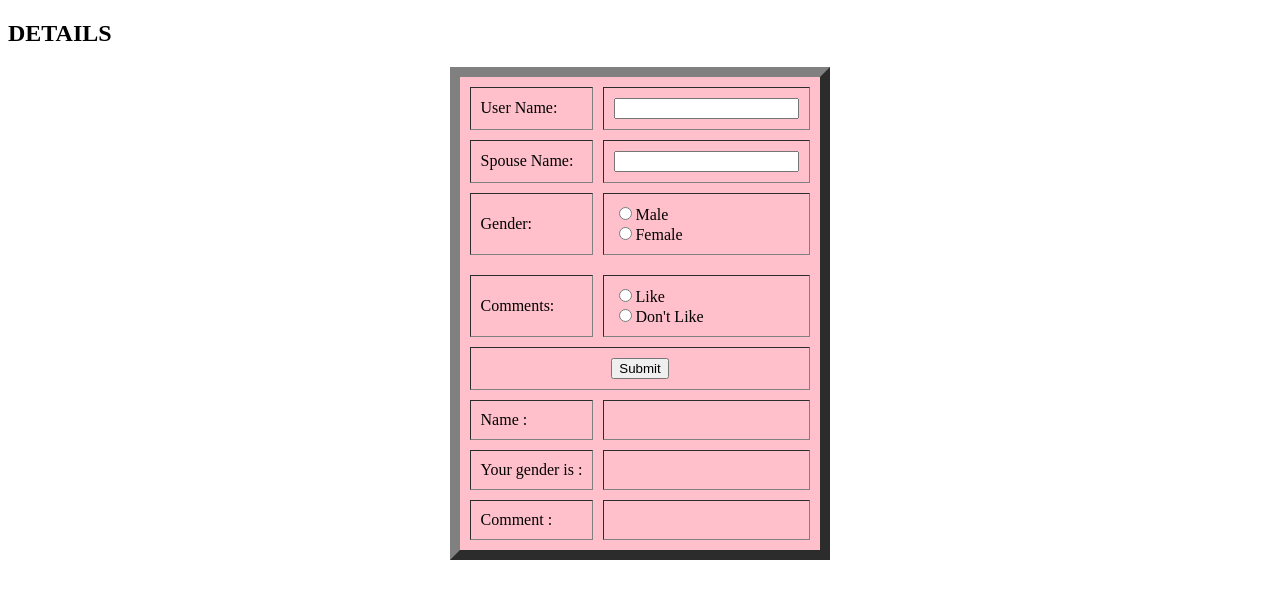
Repository: abhishek110597/Deloitte
Page: Workspace/JavaTraining/JSCode_sir.html
An editor plug-in stored every save of this project. The page is shown before and after the next save, followed by the edit.
The browser window is 1280 px wide. The pictures show the whole page.

Above is the page before, as saved 2019-12-31 03:36:11.

### Workspace/JavaTraining/JSCode_sir.html
<!DOCTYPE html>
<html>

<head>
    <meta charset="ISO-8859-1">
    <title>FORM</title>
    <script>
        function validate(){
            with(document.forms[0]){
                document.getElementById('setName').innerHTML = userName.value;
                document.getElementById('setGender').innerHTML = gender.value;
                document.getElementById('setComment').innerHTML = "People "+like.value+"You!";
            }
            return false
        }
    </script>
</head>

<body>
    <form onsubmit="return validate()">
        <h2>DETAILS</h2>
        <table bgcolor="#FFC0CB" cellspacing="10" cellpadding="10" border="10" align="center">

            <tr>
                <td>User Name:</td>
                <td><input type="text" name="userName" id="userName" /></td>
            </tr>
            <tr>
                <td>Spouse Name:</td>
                <td><input type="text" name="spouseName" id="spouseName" /></td>
            </tr>
                <tr>
                <td>Gender:</td>
                <td>
                    <div><input type="radio" name="gender" value="Male" id="male" />Male</div>
                    <div><input type="radio" name="gender" value="Female" id="female" />Female</div>
                </td>
            <tr>

            <tr>
                <td>Comments:</td>
                <td>
                    <div><input type="radio" name="like" value="like" id="like"/>Like</div>
                    <div><input type="radio" name="like" value="dont_like" id="dlike"/>Don't Like</div>
                </td>
            </tr>
            <tr>
                <td colspan="2" align="center"><input type="submit" value="Submit" id="submit" /></td>
            </tr>
            <tr>
                <td>Name :</td><td id=setName>

                </td>
            </tr>
            <tr>
                <td>Your gender is :</td><td id=setGender>

                </td>
            </tr>
            <tr>
                <td>Comment :</td><td id=setComment>

                </td>
            </tr>


        </table>
    </form>
</body>

</html>

After the next save:
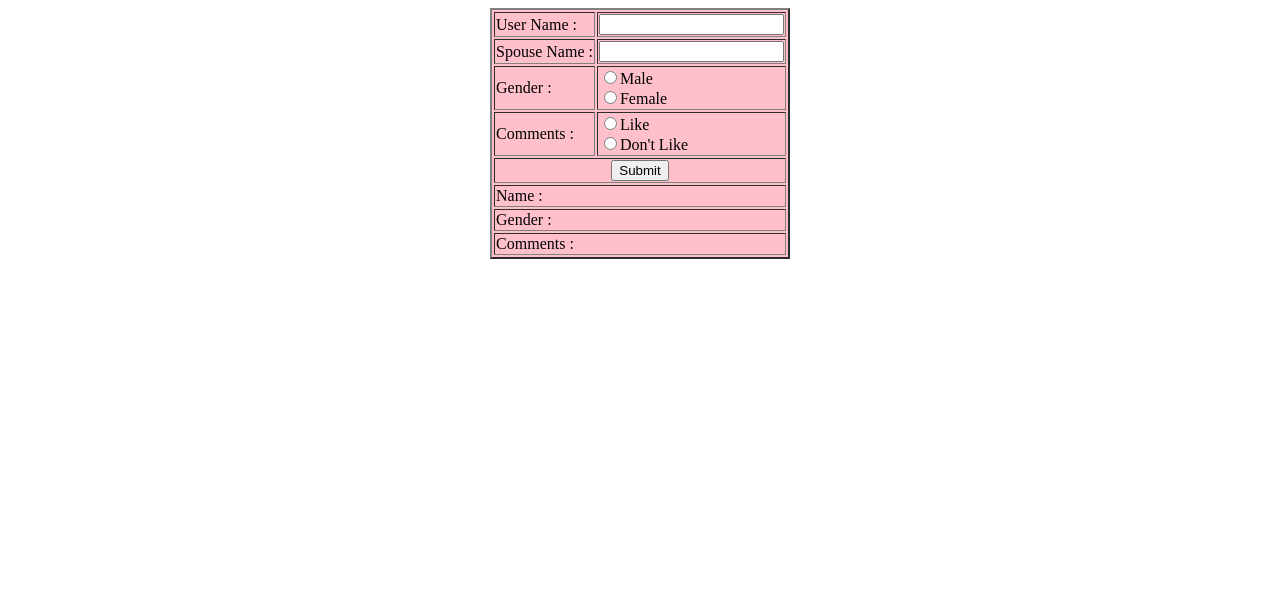
Saved 4 min 23 s later.
--- a/Workspace/JavaTraining/JSCode_sir.html
+++ b/Workspace/JavaTraining/JSCode_sir.html
@@ -1,71 +1,71 @@
-<!DOCTYPE html>
 <html>
+<head>
+<script type="text/javascript">
+function checkUser()
+{
+	var d1  = document.getElementById("div1");
+	var d2  = document.getElementById("div2");
+	var d3  = document.getElementById("div3");
+	//alert("working");
+	with(document.forms[0])
+	{
+		if(userName.value == "")
+		{
+			d1.innerText = "Name should not be empty";
+		}
+		else
+		{
+			d1.innerText = "Name :"+userName.value;
+		}
 
-<head>
-    <meta charset="ISO-8859-1">
-    <title>FORM</title>
-    <script>
-        function validate(){
-            with(document.forms[0]){
-                document.getElementById('setName').innerHTML = userName.value;
-                document.getElementById('setGender').innerHTML = gender.value;
-                document.getElementById('setComment').innerHTML = "People "+like.value+"You!";
-            }
-            return false
-        }
-    </script>
+		if(gender[0].checked || gender[1].checked )
+		{
+			var gen = gender[0].checked?gender[0].value : gender[1].value;
+			d2.innerText = "Your Gender is :"+gen.value;
+		}
+		else
+		{
+			div2.innerText = "Please select the gender";
+		}
+		if(comment[0].checked || comment[1].checked)
+		{
+			var com = comment[0].checked?comment[0].value : comment[1].value;
+			d3.innerText = "Your Comment is :"+com.value;
+		}
+		else
+		{
+			d3.innerText = "Please select the comment";
+		}
+
+	}
+	return false;
+}
+
+</script>
 </head>
+<body>
+<form onSubmit="return checkUser()">
+	<table border="2" bgcolor="pink" align="center">
+		<tr><td>User Name :</td><td><input type="text" id="userName" /></td></td>
 
-<body>
-    <form onsubmit="return validate()">
-        <h2>DETAILS</h2>
-        <table bgcolor="#FFC0CB" cellspacing="10" cellpadding="10" border="10" align="center">
+<tr><td>Spouse Name :</td><td><input type="text" id="spName"
+/></td></td>
+		<tr><td>
+Gender :</td><td>
+<input type="radio" name="gen" id="gender" value="Male" />Male<br/>
+<input type="radio" name="gen" id="gender" value="Female" />Female<br/>
+</td></tr>
+		<tr><td>Comments :</td><td>
+<input type="radio" name="com" id="comment" value="Like" />Like<br/>
+<input type="radio" name="com" id="comment" value="Don't Like" />Don't Like<br/>
+</td></tr>
+	<tr><td colspan="2" align="center"><input type="submit" ></div></td></tr>
 
-            <tr>
-                <td>User Name:</td>
-                <td><input type="text" name="userName" id="userName" /></td>
-            </tr>
-            <tr>
-                <td>Spouse Name:</td>
-                <td><input type="text" name="spouseName" id="spouseName" /></td>
-            </tr>
-                <tr>
-                <td>Gender:</td>
-                <td>
-                    <div><input type="radio" name="gender" value="Male" id="male" />Male</div>
-                    <div><input type="radio" name="gender" value="Female" id="female" />Female</div>
-                </td>
-            <tr>
+</form>
+	<tr><td colspan="2"><div id="div1">Name :</div></td></tr>
+	<tr><td colspan="2"><div id="div2">Gender :</div></td></tr>
+	<tr><td colspan="2"><div id="div3">Comments :</div></td></tr>
 
-            <tr>
-                <td>Comments:</td>
-                <td>
-                    <div><input type="radio" name="like" value="like" id="like"/>Like</div>
-                    <div><input type="radio" name="like" value="dont_like" id="dlike"/>Don't Like</div>
-                </td>
-            </tr>
-            <tr>
-                <td colspan="2" align="center"><input type="submit" value="Submit" id="submit" /></td>
-            </tr>
-            <tr>
-                <td>Name :</td><td id=setName>
-
-                </td>
-            </tr>
-            <tr>
-                <td>Your gender is :</td><td id=setGender>
-
-                </td>
-            </tr>
-            <tr>
-                <td>Comment :</td><td id=setComment>
-
-                </td>
-            </tr>
-
-
-        </table>
-    </form>
+	</table>
 </body>
-
 </html>
